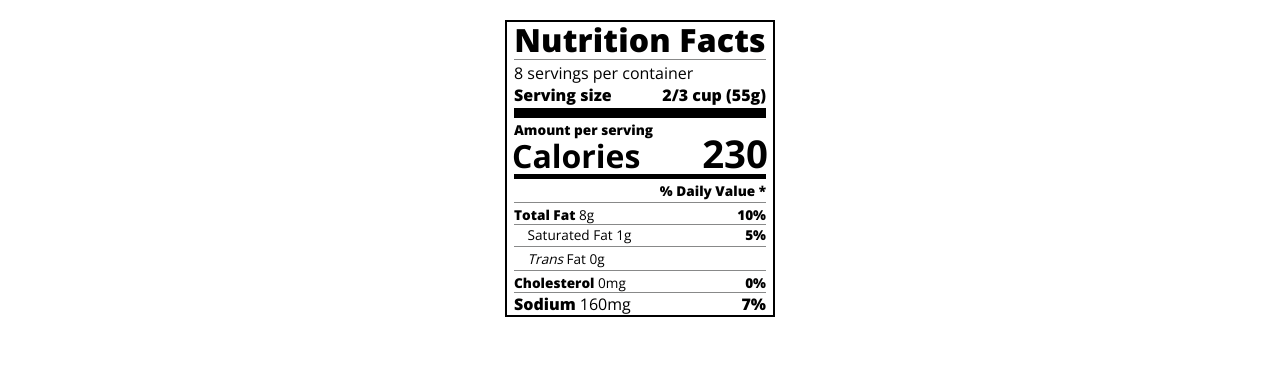
Repository: AimenDje/NutritionLabel
Page: index.html
The author's editor kept a copy of each file at every save. The page is drawn from the files as they stood at one save, then again after the next save.
The browser window is 1280 px wide. The pictures show the whole page.

Above is the page before, as saved 2025-08-30 23:24:32.

### index.html
<!DOCTYPE html>
<html lang="en">

<head>
  <meta charset="UTF-8">
  <title>Nutrition Label</title>
  <link rel="stylesheet" href="https://fonts.googleapis.com/css?family=Open+Sans:400,700,800">
  <link rel="stylesheet" href="styles.css">

</head>

<body>
  <div class="label">
    <header>
      <h1 class="bold">Nutrition Facts</h1>
      <div class="divider"></div>
      <p>8 servings per container</p>
      <p class="bold">Serving size <span>2/3 cup (55g)</span></p>
    </header>
    <div class="divider large"> </div>
     <div class="calories-info">
      <div class="left-container">
        <h2 class="bold small-text">Amount per serving</h2>
        <p> Calories</p>
      </div>
      <span> 230 </span>
    </div>
    <div class="divider medium"></div>
    <div class="daily-value small-text">
      <p class="bold right no-divider" >% Daily Value *</p>
      <div class="divider"></div>
      <p><span><span class="bold">Total Fat</span> 8g</span> <span class="bold">10%</span></p>
      <p class="indent no-divider" >Saturated Fat 1g <span class="bold">5%</span></p>
      <div class="divider"></div>
      <p class="indent no-divider"><span><i>Trans</i> Fat 0g</span></p>
      <div class="divider"></div>
      <p> <span><span class="bold">Cholesterol</span> 0mg</span> <span class="bold">0%</span> </div>
      <p><span><span class="bold">Sodium</span> 160mg </span> <span class="bold">7%</span> </p>
    </div>
  </div>
  </div>
</body>
</html>

### styles.css
*{
  box-sizing: border-box;
}

body{
  font-family:"Open Sans", sans-serif;
}

html{
  font-size:16px;
}

.label {
  border: 2px solid black;
  width: 270px;
  margin: 20px auto;
  padding : 0 7px;
}

header h1 {
  text-align: center;
  margin : -4px 0;
  letter-spacing : 0.15px;
}

p{
  margin : 0;
  display:flex;
  justify-content: space-between;
}

.divider{
  border-bottom: 1px solid #888989;
  margin : 2px 0;
}

.bold{
  font-weight: 800;
}

.large{
  height:10px;

}
.large, .medium{
  background-color:black;
  border:0;
}

.small-text{
  font-size: 0.85rem;
}

.calories-info h2{
  margin:0;
}

.calories-info{
  display:flex;
  justify-content:space-between;
  align-items:flex-end;
}

.left-container p{
  margin:-5px -2px;
  font-size: 2em;
  font-weight:700;
}

.calories-info span {
  font-size: 2.4em;
  font-weight: 700;
  margin : -7px -2px;
}

.medium{
  height:5px;
}

.right{
  justify-content: flex-end ;
}

.indent{
  margin-left:1em;
}

.daily-value p:not(.no-divider) {
  border-bottom: 1px solid #888989;
}

After the next save:
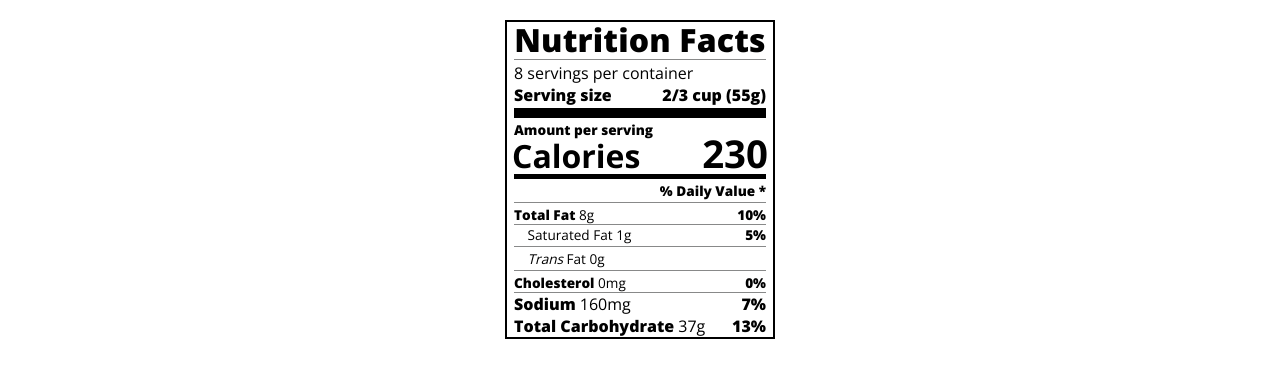
Saved 3 min 33 s later.
--- a/index.html
+++ b/index.html
@@ -36,6 +36,7 @@
       <div class="divider"></div>
       <p> <span><span class="bold">Cholesterol</span> 0mg</span> <span class="bold">0%</span> </div>
       <p><span><span class="bold">Sodium</span> 160mg </span> <span class="bold">7%</span> </p>
+      <p><span><span class="bold">Total Carbohydrate</span> 37g</span> <span class="bold">13%</span></p>
     </div>
   </div>
   </div>
